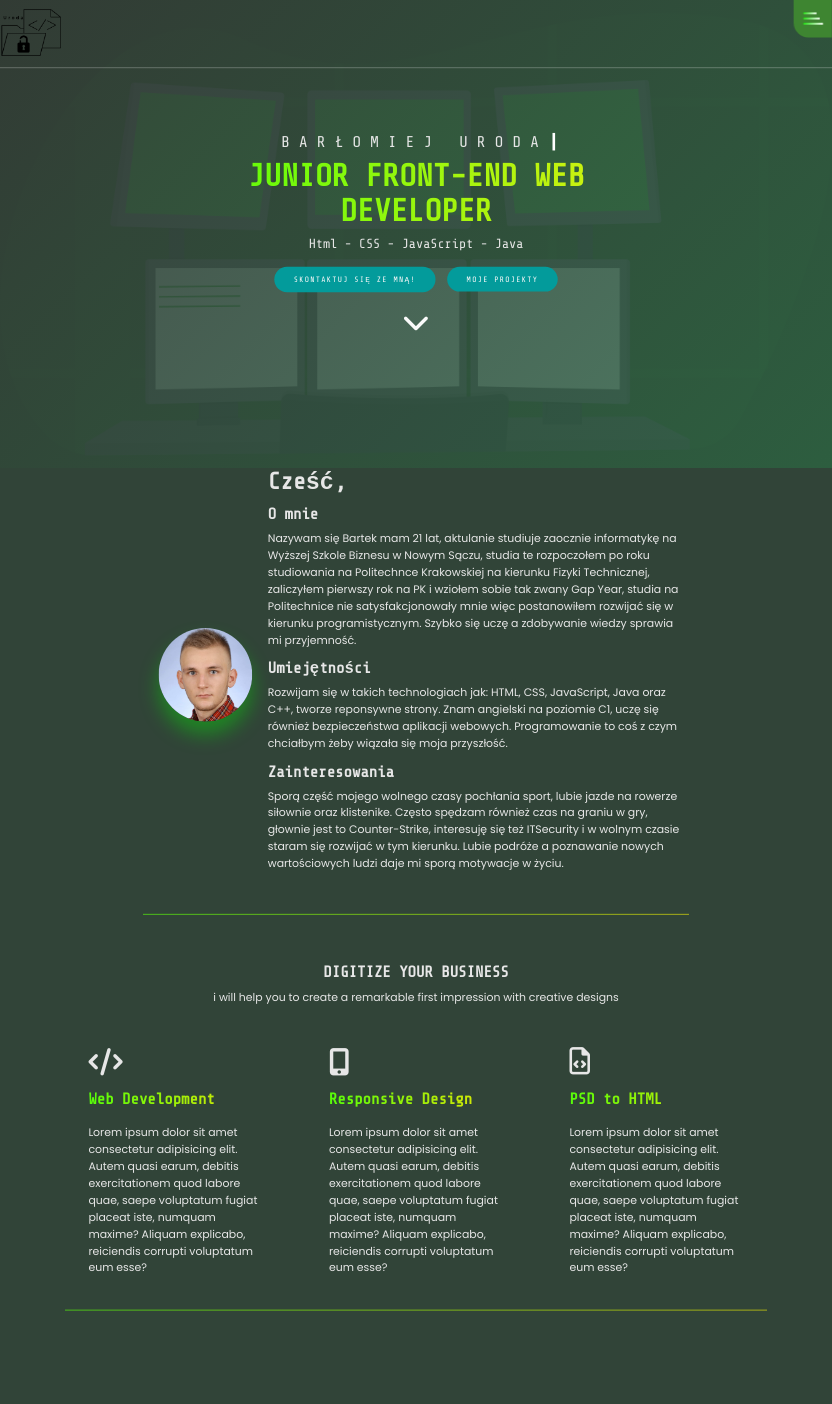
Repository: BartekUroda/portfolio
Page: index.html
These files come from the project's save history. The page is drawn as it stood at one moment and after the next save; the edit follows.
The browser window is 1280 px wide. The pictures show the whole page, at 65% of full size.
Some web libraries are served in a nearby version.

Above is the page before, as saved 2020-10-27 21:15:52.

### index.html
<!DOCTYPE html>
<html lang="en">
<head>
    <meta charset="UTF-8">
    <meta name="viewport" content="width=device-width, initial-scale=1.0">
    <title>Portfolio | Bartek Uroda</title>
    <link rel="stylesheet" type="text/css" href="css/style.css">
    <link href="https://fonts.googleapis.com/css2?family=Poppins&sfamily=Share+Tech+Mono&display=swap" rel="stylesheet">
    <script src="https://kit.fontawesome.com/056e5c10dc.js" crossorigin="anonymous"></script>
    <link rel="shortcut icon" type="image/x-icon" href="images/favicon.ico" />
</head>
<body>
    <header>
        <div class="container">
            <nav>
                <div class="nav-brand">
                    <a href="index.html">
                        <img src="images/logo.png" alt="Uroda">
                    </a>
                </div>
                <div class="burger-menu-icon">
                    <div class="line1"></div>
                    <div class="line2"></div>
                    <div class="line3"></div>
                </div>
                <ul class="nav-list">
                    <li class="nav-item">
                      <a href="#landing-page">
                        <img
                          src="images/profile.jpeg"
                          alt="Bartek Uroda"
                          class="profile-pic nav-link"
                        >
                        <span class="caption nav-link">Bartek Uroda</span>
                      </a>
                    </li>
                    <li class="nav-item">
                      <a href="#about" class="nav-link">O mnie</a>
                    </li>
                    <li class="nav-item">
                      <a href="#services" class="nav-link">Usługi</a>
                    </li>
                    <li class="nav-item">
                      <a href="#projects" class="nav-link">Projekty</a>
                    </li>
                    <li class="nav-item">
                      <a href="#contact" class="nav-link">Kontakt</a>
                    </li>
                    <li class="nav-item">
                      <a href="https://www.facebook.com/bartlomiej.uroda.3" target="_blank" class="nav-link">
                        <i class="fab fa-facebook"></i>
                      </a>
                      <a href="https://github.com/Urodii" target="_blank" class="nav-link">
                        <i class="fab fa-github"></i>
                      </a>
                      <a href="https://www.youtube.com/channel/UCzT1h5RNvmbtrmKT5hPjyAg?view_as=subscriber" target="_blank" class="nav-link">
                        <i class="fab fa-youtube"></i>
                      </a>
                    </li>
                  </ul>
            </nav>
        </div>
    </header>
    <main>
      <section id="landing-page" class="landing-page">
        <div class="container">
          <div class="main-message">
            <h2>Barłomiej Uroda</h2>
            <h3>Junior Front-End Web Developer</h3>
            <p>Html - CSS - JavaScript - Java</p>
            <div class="intro-btn">
              <div class="cta">
                <a href="#contact" class="btn">Skontaktuj się ze mną!</a>
              </div>
              <div class="cta">
                <a href="#projects" class="btn">Moje Projekty</a>
              </div>
            </div>
            <div>
              <a href="#about" class="scroll-down">
                <i class="fa fa-chevron-down" aria-hidden="true"></i>
              </a>
            </div>
          </div>
        </div>
      </section>
      <section id="about" class="about">
        <div class="container">
          <div class="about-img">
            <img
              src="images/profile.jpeg"
              alt="Bartek Uroda"
              class="about-pic"
            />
          </div>
          <div class="about-text-box">
            <h2>Cześć,</h2>
            <h3>O mnie</h3>
            <p>
              Nazywam się Bartek mam 21 lat, aktulanie studiuje zaocznie informatykę
              na Wyższej Szkole Biznesu w Nowym Sączu, studia te rozpoczołem po roku studiowania
              na Politechnce Krakowskiej na kierunku Fizyki Technicznej, zaliczyłem pierwszy rok na PK
              i wziołem sobie tak zwany Gap Year, studia na Politechnice nie satysfakcjonowały
              mnie więc postanowiłem rozwijać się w kierunku programistycznym. Szybko się uczę a zdobywanie wiedzy sprawia mi przyjemność.
            </p>
            <h3>Umiejętności</h3>
            <p>
              Rozwijam się w takich technologiach jak: HTML, CSS, JavaScript, Java oraz C++,
              tworze reponsywne strony. Znam angielski na
              poziomie C1, uczę się również bezpieczeństwa aplikacji webowych.
              Programowanie to coś z czym chciałbym żeby wiązała się moja przyszłość.
            </p>
            <h3>Zainteresowania</h3>
            <p>
              Sporą część mojego wolnego czasy pochłania sport, lubie jazde na rowerze siłownie oraz klistenike.
              Często spędzam również czas na graniu w gry, głownie jest to Counter-Strike, interesuję się też ITSecurity
              i w wolnym czasie staram się rozwijać w tym kierunku. Lubie podróże a poznawanie nowych
              wartościowych ludzi daje mi sporą motywacje w życiu.
            </p>
          </div>
        </div>
        <hr/>
      </section>
      <section id="services" class="services">
        <div class="container">
          <div class="title-heading">
            <h2>DIGITIZE YOUR BUSINESS</h2>
            <p>
              i will help you to create a remarkable first impression with
              creative designs
            </p>
          </div>
          <div class="service-tiers">
            <div class="tier-item">
              <i class="fa fa-code" aria-hidden="true"></i>
              <h2>Web Development</h2>
              <p>
                Lorem ipsum dolor sit amet consectetur adipisicing elit. Autem
                quasi earum, debitis exercitationem quod labore quae, saepe
                voluptatum fugiat placeat iste, numquam maxime? Aliquam
                explicabo, reiciendis corrupti voluptatum eum esse?
              </p>
            </div>
            <div class="tier-item">
              <i class="fa fa-mobile" aria-hidden="true"></i>
              <h2>Responsive Design</h2>
              <p>
                Lorem ipsum dolor sit amet consectetur adipisicing elit. Autem
                quasi earum, debitis exercitationem quod labore quae, saepe
                voluptatum fugiat placeat iste, numquam maxime? Aliquam
                explicabo, reiciendis corrupti voluptatum eum esse?
              </p>
            </div>
            <div class="tier-item">
              <i class="fa fa-file-code-o" aria-hidden="true"></i>
              <h2>PSD to HTML</h2>
              <p>
                Lorem ipsum dolor sit amet consectetur adipisicing elit. Autem
                quasi earum, debitis exercitationem quod labore quae, saepe
                voluptatum fugiat placeat iste, numquam maxime? Aliquam
                explicabo, reiciendis corrupti voluptatum eum esse?
              </p>
            </div>
          </div>
        </div>
        <hr />
      </section>
    </main>
 <script type="text/javascript" src="js/main.js"></script>
</body>
</html>

### css/style.css
/* ----------GLOBAL STYLES---------- */
*,
*::before,
*::after {
  margin: 0;
  padding: 0;
  box-sizing: inherit;
}
html {
    font-family: "Share Tech Mono", monospace;
    font-size: 12px;
    box-sizing: border-box;
    scroll-behavior: smooth;
    color: #e7e7e7;
    background: rgb(49, 68, 56);
}

a {
    text-decoration: none;
    color: rgb(3, 155, 23);
}

a:hover {
    color: rgba(249, 105, 14, 1);
}

ul {
    list-style: none;
}

p {
    font-size: 1.4rem;
}

img {
    width: 100%;
    max-width: 100%;
    height: auto;
}
/* ----------HEADER---------- */
header {
    width: 100%;
    height: 5rem;
    position: absolute;
    top: 0;
    left: 0;
    z-index: 1;
}
.contenier {
    width: 100%;
    max-width: 90rem;
    margin: 0 auto;
    padding: 0 1.5rem;
}
.nav-brand {
    width: 8rem;
}
nav {
    width: 100%;
    display: flex;
    align-items: center;
    justify-content: space-between;
    padding: 1rem 0;
    border-bottom: 2px solid rgba(255, 255, 255, .2);
}
.line1 {
    width: 20px;
    height: 3px;
    margin: 5px 0;
    background: linear-gradient(
      135deg,
      rgb(27, 218, 10) 0%,
      rgb(255, 255, 255) 100%
    );
}
.line2 {
    width: 25px;
    height: 3px;
    background: linear-gradient(
      135deg,
      rgb(27, 218, 10) 0%,
      rgb(255, 255, 255) 100%
    );
}
.line3 {
    width: 30px;
    height: 3px;
    margin: 5px 0;
    background: linear-gradient(
      135deg,
      rgb(27, 218, 10) 0%,
      rgb(255, 255, 255) 100%
    );
}
.burger-menu-icon {
    cursor: pointer;
    z-index: 999;
    position: fixed;
    right: 0;
    top: 0;
    background-color: rgba(67, 145, 47, 0.815);
    padding: 1.2rem;
    border-radius: 0% 0% 0% 40%;
}
.profile-pic {
    height: 9rem;
    width: auto;
    border-radius: 50%;
    display: block;
    margin: 1.5rem 0;
}
.caption {
    display: block;
}
.nav-list {
    width: 24rem;
    height: 100vh;
    background-color:  rgb(69, 85, 75);
    position: fixed;
    top: 0;
    right: -26rem;
    display: flex;
    flex-direction: column;
    align-items: center;
    justify-self: start;
    z-index: 998;
    transition: all 650ms ease-in-out;
}
.nav-list.active {
    right: 0;
}
.nav-item {
    margin: 1.2rem 0;
}
.nav-link {
    opacity: 0;
    font-size: 1.3rem;
    text-transform: uppercase;
    color: #cecece;
    letter-spacing: 1.5px;
}
.nav-link:hover {
    color: rgb(62, 248, 15);
}
.toggle {
    background: none;
}
.toggle .line1 {
    transform: rotate(-45deg) translate(-5px, 6px) scalex(2);
}
.toggle .line2 {
    opacity: 0;
}
.toggle .line3 {
    width: 20px;
    transform: rotate(45deg) translate(-5px, -6px) scalex(2);
    margin-left: 0px;
}
@keyframes navLinkAnimate {
    from{
        opacity: 0;
        transform: translate(50px);
    }
    to{
        opacity: 1;
        transform: translate(0px);
    }
}
/* ----------MAIN---------- */
.landing-page{
    width: 100%;
    height: 100vh;
    background: linear-gradient(
        135deg,
        rgba(50, 58, 52, 0.9) 0%,
        rgba(44, 100, 65, 0.8) 100%
    ),
    url('../images/mainpage.png') center no-repeat;
    background-size: contain;
    position: relative;
}
.main-message {
    width: 100%;
    max-width: 58rem;
    text-transform: uppercase;
    position: absolute;
    left: 50%;
    top: 50%;
    transform: translate(-50%, -50%);
    text-align: center;
}
.main-message h2 {
    letter-spacing: 1.2rem;
    font-size: 2rem;
    font-weight: 400;
    overflow: hidden;
    white-space: nowrap;
    animation: typing 5s steps(33), blink 1s ease-in-out 7s infinite;
    width: 33ch;
    margin: auto;
    border-right: 4px solid rgba(255, 255, 255, 1);
}
@keyframes typing {
    75% {
      width: 0ch;
      color: rgb(178, 249, 14);
    }
    100% {
      width: 33ch;
    }
}
@keyframes blink {
    0% {
      border-right: 4px solid rgba(255, 255, 255, 0);
    }
    100% {
      border-right: 4px solid rgb(194, 194, 194);
    }
}
.main-message h3 {
    font-size: 4rem;
    margin: 1rem 0;
    color: rgba(249, 105, 14, 1);
    background: linear-gradient(
      to right,
      rgb(87, 253, 9) 0%,
      rgb(217, 240, 17) 100%
    );
    -webkit-background-clip: text;
    -webkit-text-fill-color: transparent;
}
.main-message p {
    text-transform: none;
    font-size: 1.7rem;
    font-weight: 400;
}
.intro-btn {
    display: flex;
    justify-content: center;
}
.btn {
    margin: 0 9px;
    background: rgba(3, 155, 155);
    border-radius: 2rem;
    color: #fafafa;
    padding: 1rem 2.5rem;
    display: inline-block;
    margin-top: 2rem;
    transition: background-color 650ms;
    font-weight: 500;
    letter-spacing: 2px;
}
.btn:hover {
    color: #fafafa;
    background-color: rgb(176, 189, 0);
}
.scroll-down i {
    color: #fafafa;
    transition: color 650ms;
    margin-top: 2rem;
    font-size: 3.5rem;
}
.scroll-down i:hover {
    color: rgb(176, 189, 0);
}
/* ----------ABOUT--------- */
.about {
    width: 100%;
    min-height: 100vh;
    max-width: 70rem;
    margin: auto;
}
.about .container {
    display: flex;
    align-items: center;
    min-height: 80vh;
  }
.about-img img {
    height: 12rem;
    width: auto;
    border-radius: 50%;
    margin: 2rem;
    box-shadow: 0 20px 30px 0 rgba(4, 236, 4, 0.397);
  }
.about-text-box {
    flex-grow: 1;
    flex-shrink: 1;
    flex-basis: 0;
}
.about-text-box h2 {
    font-size: 3rem;
    margin-bottom: 15px;
}
.about-text-box h3 {
    font-size: 2rem;
    margin-bottom: 10px;
}
.about-text-box p {
    font-family: "Poppins", sans-serif;
    font-size: 1.4rem;
    padding: 0;
    margin-bottom: 1.45rem;
}
hr {
    margin: 4rem 0;
    background: linear-gradient(
      to right,
      rgb(87, 253, 9) 0%,
      rgb(231, 228, 6) 100%
    );
    border: 0;
    height: 1px;
}
/* ----------SERVICE--------- */
.services {
    padding: 3rem 0;
    min-height: 100vh;
    max-width: 90rem;
    margin: auto;
}
.title-heading {
    text-align: center;
    margin-bottom: 5rem;
}
.title-heading h2 {
    font-size: 2rem;
    margin: 0.5rem 0 1rem 0;
}
.title-heading p {
    font-family: "Poppins", sans-serif;
    margin-bottom: 5rem;
}
.service-tiers {
    display: grid;
    grid-template-columns: repeat(auto-fit, minmax(25rem, 1fr));
    gap: 2.5rem;
}
.tier-item {
    height: 30rem;
    padding: 3rem;
    position: relative;
    display: flex;
    flex-direction: column;
    justify-content: center;
    cursor: default;
}
.tier-item i {
    font-size: 3.5rem;
}
.tier-item h2 {
    font-size: 2rem;
    margin: 2rem 0;
    background: linear-gradient(
      to right,
      rgb(87, 253, 9) 0%,
      rgb(231, 228, 6) 100%
    );
    -webkit-background-clip: text;
    -webkit-text-fill-color: transparent;
}
.tier-item p {
    font-family: "Poppins", sans-serif;
    font-size: 1.4rem;
}

### js/main.js
//eselect elements
const selectElement = (s) => document.querySelector(s);
const navLinks = document.querySelectorAll(".nav-link");

selectElement(".burger-menu-icon").addEventListener("click", () => {
    selectElement(".nav-list").classList.toggle("active");
    selectElement(".burger-menu-icon").classList.toggle("toggle")

    navLinks.forEach((link, index) => {
        if (link.style.animation){
            link.style.animation = ""
        }else{
            link.style.animation = `navLinkAnimate 0.5s ease forwards ${ index/7 + 0.5}s`
            console.log(index/7 + 0.5)
        }
    })
});

After the next save:
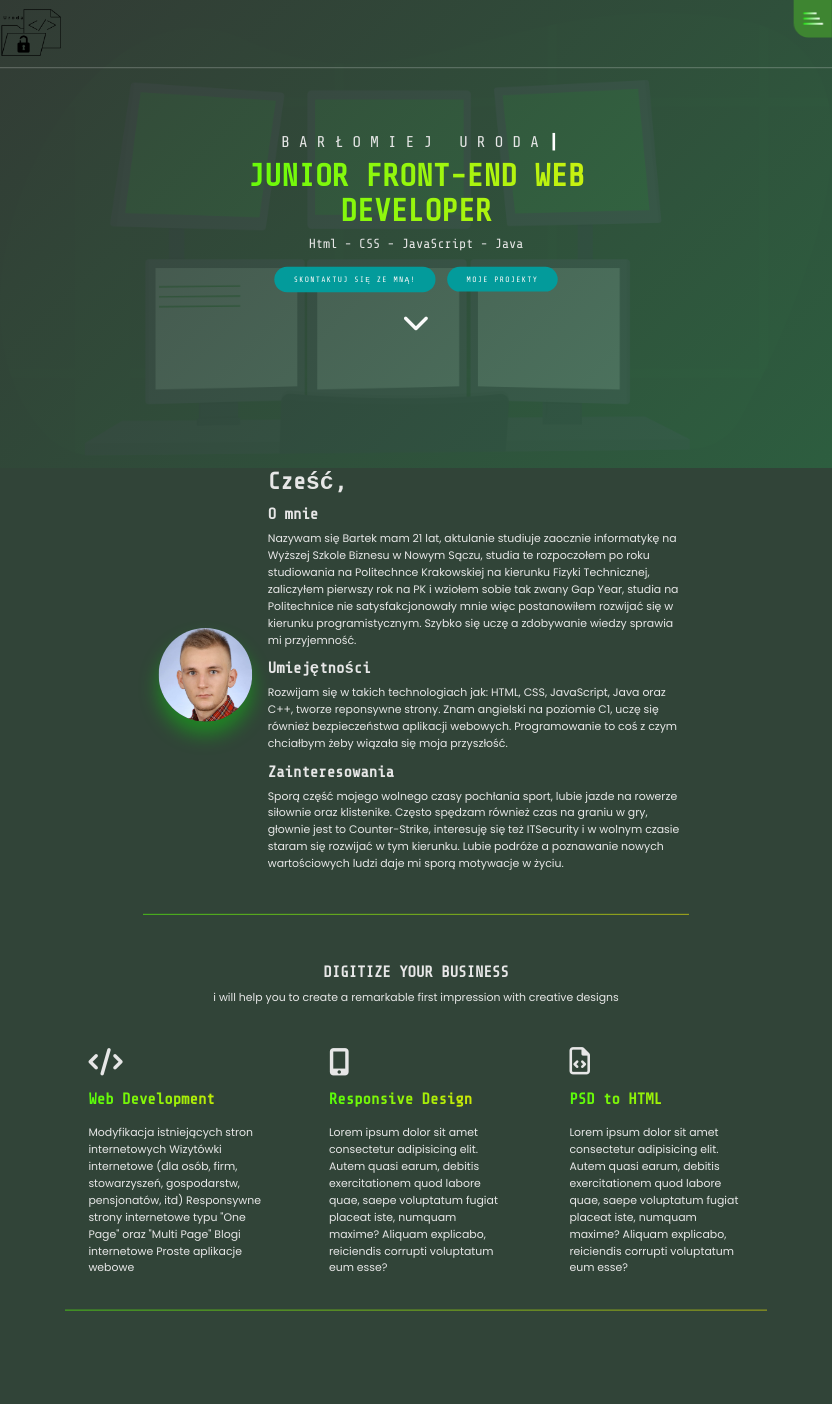
Saved 113 s later.
--- a/index.html
+++ b/index.html
@@ -135,10 +135,11 @@
               <i class="fa fa-code" aria-hidden="true"></i>
               <h2>Web Development</h2>
               <p>
-                Lorem ipsum dolor sit amet consectetur adipisicing elit. Autem
-                quasi earum, debitis exercitationem quod labore quae, saepe
-                voluptatum fugiat placeat iste, numquam maxime? Aliquam
-                explicabo, reiciendis corrupti voluptatum eum esse?
+                Modyfikacja istniejących stron internetowych
+                Wizytówki internetowe (dla osób, firm, stowarzyszeń, gospodarstw, pensjonatów, itd)
+                Responsywne strony internetowe typu "One Page" oraz "Multi Page"
+                Blogi internetowe
+                Proste aplikacje webowe
               </p>
             </div>
             <div class="tier-item">
